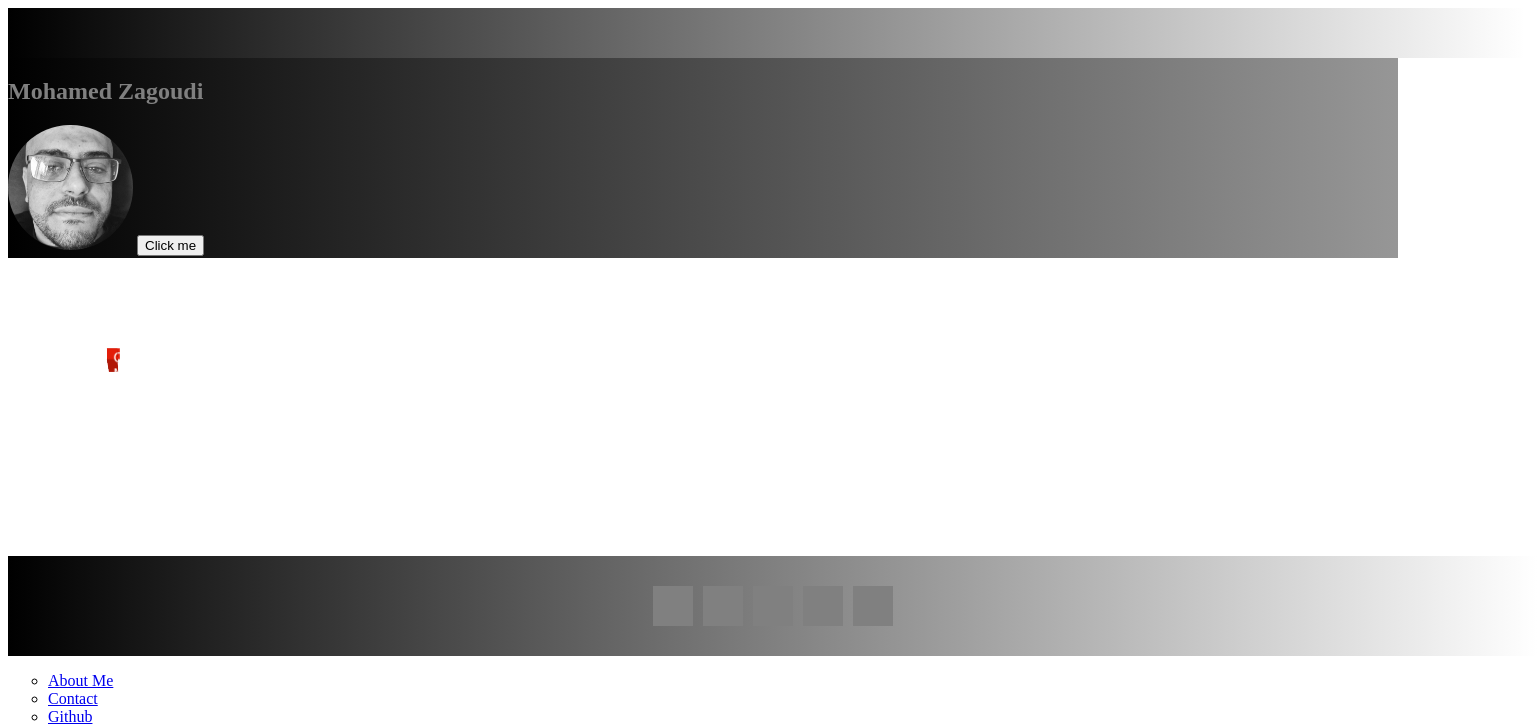
Repository: Mohzagou/Eersteportofolio
Page: index.html
The author's editor kept a copy of each file at every save. The page is drawn from the files as they stood at one save, then again after the next save.
The browser window is 1280 px wide. The page is 1537 px wide, so the pictures cover 1537 px, including what lies to the right of the window. The pictures show the whole page.

Above is the page before, as saved 2022-06-07 23:17:53.

### index.html
<!DOCTYPE html>


<head>
    <link rel="stylesheet" href="styles.css" />
    <meta charset="UTF-8">

    <title>Document</title>
</head>

<body>

    <header></header>
    <div class="about-me">
        <h2 id="name">Mohamed Zagoudi</h2>
        <img class="avatar" src="images/67gwzvy.jpeg" alt="Mohamed Zagoudi headshot">
        <button>Click me</button>
        <div class="container">
            <div class="button-container">
                <div class="bottom side"></div>
                <div class="left side"></div>
                <div class="right side"></div>
                <div class="top side"></div>
                <button class="button side" type="button">Click Me</button>
            </div>
        </div>

        <section>
            <div class="test"></div>
            <div class="test"></div>
            <div class="test"></div>
            <div class="test"></div>
            <div class="test"></div>
        </section>
        <footer>
            <ul style="list-style-type: circle ">
                <li><a href=" ">About Me</a></li>
                <li><a href=" ">Contact</a></li>
                <li><a href="https://github.com/Mohzagou ">Github</a></li>

            </ul>

        </footer>



</body>



</html>

### styles.css
            body {
                display: flex;
                flex-direction: column;
            }

            header {
                width: 120%;
                height: 50px;
                background-image: linear-gradient(to right, black, grey, white);
                /*background-color: rgb(113, 74, 145);*/
            }

            section {
                width: 110%;
                height: 100px;
                background-image: linear-gradient(to right, black, grey, white);
                background-color: #234def;
                display: flex;
                align-items: center;
                justify-content: center;
            }

            .about-me {
                width: 110%;
                height: 200px;
                background-image: repeating-linear-gradient(to right, black, grey, white 170%);
                /*background-color: rgb(177, 69, 21, 0.8);*/
                /*margin: 10px 0 10px 0;
    border: solid black 10px;
    border-radius: 15px;*/
            }

            .avatar {
                width: 125px;
                border-radius: 62px;
                background-image: repeating-linear-gradient(to right, black, grey, 110%);
            }

            #name {
                color: grey;
            }

            .test {
                width: 40px;
                height: 40px;
                background-color: grey;
                margin: 5px;
            }

            .button-container {
                --dimension: 10px;
                --adjustment: 0px;
                --red-accent: #B11807;
                --red-dark: #710F05;
                --red: #E31D09;
                height: 100%;
                perspective: 70px;
                perspective-origin: 15% 100%;
                transform-style: preserve-3d;
                width: 100%;
            }

            .button-container:active {
                --adjustment: 10px;
            }

            .side {
                border: none;
                box-sizing: border-box;
                display: block;
                height: calc(var(--dimension) - var(--adjustment));
                position: absolute;
                transition: 0.4s ease-out;
                width: calc(var(--dimension) - var(--adjustment));
            }

            .bottom {
                background: var(--red-accent);
                transform: rotateX(-90deg) translateZ(calc(var(--dimension) / 2 + var(--adjustment) / 2));
                width: var(--dimension);
            }

            .button {
                background-color: var(--red);
                color: #FFFFFF;
                height: var(--dimension);
                transform: translateZ(calc(var(--dimension) / 2 - var(--adjustment) / 2));
                width: var(--dimension);
            }

            .left {
                background: var(--red-dark);
                height: var(--dimension);
                transform: rotateY(-90deg) translateZ(calc(var(--dimension) / 2 - var(--adjustment) / 2));
            }

            .right {
                background: var(--red-dark);
                height: var(--dimension);
                transform: rotateY(90deg) translateZ(calc(var(--dimension) / 2 + var(--adjustment) / 2));
            }

            .top {
                background: var(--red-accent);
                transform: rotateX(90deg) translateZ(calc(var(--dimension) / 2 - var(--adjustment) / 2));
                width: var(--dimension);
            }

            .container {
                box-sizing: border-box;
                padding: 100px;
                height: 300px;
                width: 300px;
            }

After the next save:
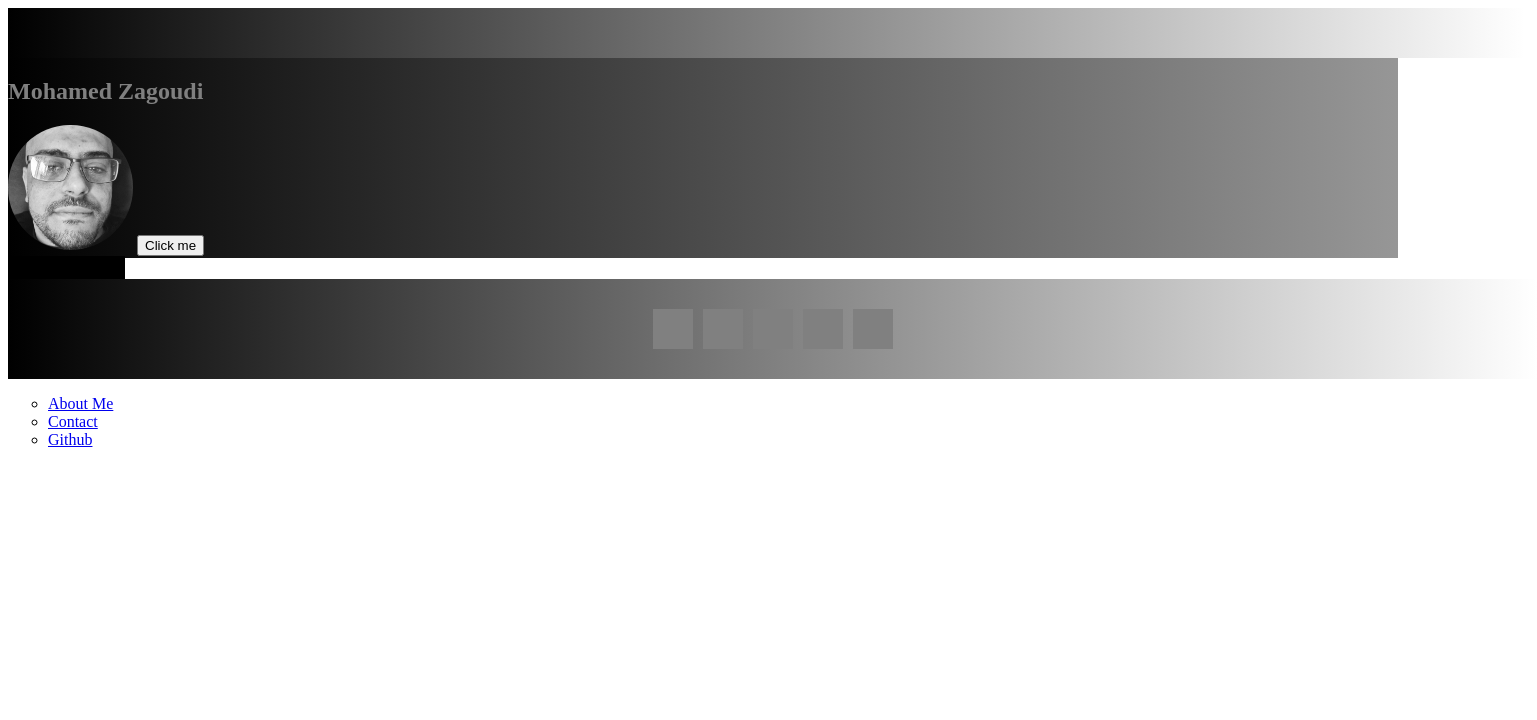
Saved 17 s later.
--- a/styles.css
+++ b/styles.css
@@ -1,4 +1,4 @@
-            body {
+                body {
                 display: flex;
                 flex-direction: column;
             }
@@ -47,68 +47,10 @@
                 margin: 5px;
             }
 
-            .button-container {
-                --dimension: 10px;
-                --adjustment: 0px;
-                --red-accent: #B11807;
-                --red-dark: #710F05;
-                --red: #E31D09;
-                height: 100%;
-                perspective: 70px;
-                perspective-origin: 15% 100%;
-                transform-style: preserve-3d;
-                width: 100%;
-            }
-
-            .button-container:active {
-                --adjustment: 10px;
-            }
-
-            .side {
-                border: none;
-                box-sizing: border-box;
-                display: block;
-                height: calc(var(--dimension) - var(--adjustment));
-                position: absolute;
-                transition: 0.4s ease-out;
-                width: calc(var(--dimension) - var(--adjustment));
-            }
-
-            .bottom {
-                background: var(--red-accent);
-                transform: rotateX(-90deg) translateZ(calc(var(--dimension) / 2 + var(--adjustment) / 2));
-                width: var(--dimension);
-            }
-
             .button {
-                background-color: var(--red);
-                color: #FFFFFF;
-                height: var(--dimension);
-                transform: translateZ(calc(var(--dimension) / 2 - var(--adjustment) / 2));
-                width: var(--dimension);
-            }
-
-            .left {
-                background: var(--red-dark);
-                height: var(--dimension);
-                transform: rotateY(-90deg) translateZ(calc(var(--dimension) / 2 - var(--adjustment) / 2));
-            }
-
-            .right {
-                background: var(--red-dark);
-                height: var(--dimension);
-                transform: rotateY(90deg) translateZ(calc(var(--dimension) / 2 + var(--adjustment) / 2));
-            }
-
-            .top {
-                background: var(--red-accent);
-                transform: rotateX(90deg) translateZ(calc(var(--dimension) / 2 - var(--adjustment) / 2));
-                width: var(--dimension);
-            }
-
-            .container {
-                box-sizing: border-box;
-                padding: 100px;
-                height: 300px;
-                width: 300px;
-            }
+                border: 0;
+                padding: 0 20px;
+                font-size: 20px;
+                background-color: black;
+                background-image: white;
+                box
